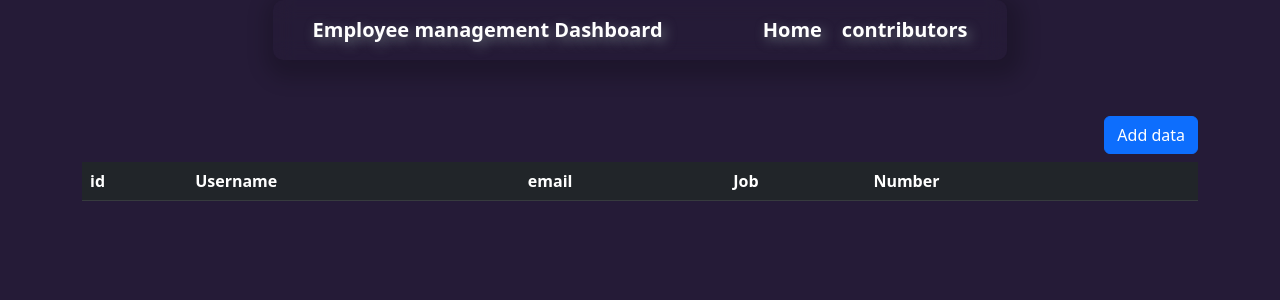
Repository: iamevs/Employee-Management-System
Page: /home (app in client/)
The author's editor kept a copy of each file at every save. The page is drawn from the files as they stood at one save, then again after the next save.
The browser window is 1280 px wide. The pictures show the whole page.
The page's requests for data from a server got no answer. The project was rebuilt for these pictures with package versions that can differ from the ones it lists, and the page was loaded fresh each time. No one was signed in, and anything a server would have sent is missing. Also part of the build but not shown: client/vite.config.js, client/src/components/Register.jsx, client/src/components/Edit.jsx, client/src/components/Hero.jsx. Imported but missing from the stored project, and not drawn on this page: client/src/components/Details.

Above is the page before, as saved 2022-11-28 23:35:10.

### client/index.html
<html lang="en">
  <head>
    <meta charset="UTF-8" />
    <link rel="icon" type="image/svg+xml" href="/vite.svg" />
    <meta name="viewport" content="width=device-width, initial-scale=1.0" />
    <title>employee-management</title>
  </head>
  <body>
    <div id="root"></div>
    <script type="module" src="/src/main.jsx"></script>
  </body>
</html>

### client/src/main.jsx
import React, { StrictMode } from 'react';
import ReactDOM from 'react-dom';
import { createRoot } from "react-dom/client";
import './index.css';
import App from './App';
import { BrowserRouter } from "react-router-dom"
import ContextProvider from "./components/context/ContextProvider";
// root.render(
//   <StrictMode>
//   <ContextProvider>
//     <BrowserRouter>
//       <App />
//     </BrowserRouter>
//   </ContextProvider>
//   </StrictMode>
//   ,
//   document.getElementById('root')
// );


createRoot(document.getElementById('root')).render(
  <ContextProvider>
    <BrowserRouter>
      <App />
    </BrowserRouter>
  </ContextProvider>
)

### client/src/index.css
body {
  margin: 0;
  font-family: -apple-system, BlinkMacSystemFont, 'Segoe UI', 'Roboto', 'Oxygen',
    'Ubuntu', 'Cantarell', 'Fira Sans', 'Droid Sans', 'Helvetica Neue',
    sans-serif;
  -webkit-font-smoothing: antialiased;
  -moz-osx-font-smoothing: grayscale;
  background-color: #251B37 !important;
  color: #fff !important;
}

code {
  font-family: source-code-pro, Menlo, Monaco, Consolas, 'Courier New',
    monospace;
}

.btns{
  display: flex;
  justify-content: space-between;
}

### client/src/App.jsx
import './App.css';
import "../node_modules/bootstrap/dist/css/bootstrap.min.css"
import "../node_modules/bootstrap/dist/js/bootstrap.bundle.min.js"
import Navbar from './components/Navbar';
import Home from './components/Home';
import Register from './components/Register';
import Edit from './components/Edit';
import Details from './components/Details';
import Hero from "./components/Hero.jsx";
import {Routes,Route} from "react-router-dom"




function App() {
  return (
   <>
    <Navbar />
    <Routes>
      <Route path="/" element={<Hero/>} />
      <Route  path="/home" element={<Home/>} />
      <Route exact path="/register" element={<Register/>} />
      <Route exact path="/edit/:id" element={<Edit/>} />
      <Route exact path="/view/:id" element={<Details/>} />
    </Routes>

   </>
  );
}

export default App;

### client/src/components/context/ContextProvider.jsx
import React, { createContext, useState } from 'react'


export const adddata = createContext("");
export const updatedata = createContext("");
export const deldata = createContext("");

const ContextProvider = ({ children }) => {

    const [udata, setUdata] = useState("");
    const [updata, setUPdata] = useState("");
    const [dltdata, setDLTdata] = useState("");


    return (
        <adddata.Provider value={{ udata, setUdata }}>
            <updatedata.Provider value={{ updata, setUPdata }}>
                <deldata.Provider value={{dltdata, setDLTdata}}>
                    {children}
                </deldata.Provider>

            </updatedata.Provider>

        </adddata.Provider>
    )
}

export default ContextProvider;

### client/src/App.css
.add_btn{
  text-align: right;
}

.container{
  overflow: auto;
}

.left_view h3{
  font-size: 21px;
}

.left_view p{
  font-weight: 600;
}

.left_view span{
  font-weight: 400;
}

.right_view p{
  font-weight: 600;
}


.right_view span{
  font-weight: 400;
}

### client/src/components/Navbar.jsx
import React from 'react'
import { NavLink } from 'react-router-dom'
import { Box, Stack } from "@mui/material";


const Navbar = () => {
    return (
        <Stack justifyContent={"center"} direction={"row"}>
            <Box justifyContent={"space-between"} className="navbar navbar-expand-lg text-white" sx={{
                backgroundColor: "transparent",
                backdropFilter: "blur(10px) !important",
                position: "relative",
                color: "white",
                boxShadow: "4px 7px 20px 11px rgb(0 0 0 / 20%)",
                height: "60px",
                padding: "0 40px 0 40px",
                width: "auto",
                borderRadius: "10px"
            }}>
                <Box sx={{
                    fontSize: "20px",
                    textShadow: "3px 4px 12px #6c757d",
                    fontWeight: "bold",
                    marginRight: "100px"
                }}>Employee management Dashboard</Box>
                <Box direction={"row"}>
                    <a href="/home" style={{
                        color: "white",
                        fontSize: "20px",
                        textShadow: "3px 4px 12px #6c757d",
                        fontWeight: "bold",
                        textDecoration: "none",
                    }}>Home</a>
                    <a href="/" style={{
                        color: "white",
                        fontSize: "20px",
                        textShadow: "3px 4px 12px #6c757d",
                        fontWeight: "bold",
                        textDecoration: "none",
                        marginLeft: "20px"
                    }}>contributors</a>

                </Box>
            </Box>
        </Stack>
    )
}

export default Navbar

### client/src/components/Home.jsx
import React, { useState, useEffect, useContext } from 'react'
import RemoveRedEyeIcon from '@mui/icons-material/RemoveRedEye';
import CreateIcon from '@mui/icons-material/Create';
import DeleteOutlineIcon from '@mui/icons-material/DeleteOutline';
import { NavLink } from 'react-router-dom';
import { adddata, deldata } from './context/ContextProvider';
import { updatedata } from './context/ContextProvider'

var getuserlink = "http://localhost:8001/getusers";


const Home = () => {

    const [getuserdata, setUserdata] = useState([]);

    console.log(getuserdata);

    const { udata, setUdata } = useContext(adddata);

    const {updata, setUPdata} = useContext(updatedata);

    const {dltdata, setDLTdata} = useContext(deldata);

    const getdata = async () => {

        const res = await fetch(getuserlink, {
            method: "GET",
            headers: {
                "Content-Type": "application/json"
            }
        });

        const data = await res.json();
        console.log(data);

        if (res.status === 422 || !data) {
            console.log("error ");

        } else {
            setUserdata(data)
            console.log("get data");

        }
    }

    useEffect(() => {
        getdata();
    }, [])

    const deleteuser = async (id) => {

        const res2 = await fetch(`/deleteuser/${id}`, {
            method: "DELETE",
            headers: {
                "Content-Type": "application/json"
            }
        });

        const deletedata = await res2.json();
        console.log(deletedata);

        if (res2.status === 422 || !deletedata) {
            console.log("error");
        } else {
            console.log("user deleted");
            setDLTdata(deletedata)
            getdata();
        }

    }


    return (

        <>
            {
                udata ?
                    <>
                        <div className="alert alert-success alert-dismissible fade show" role="alert">
                            <strong>{udata.name}</strong>  added succesfully!
                            <button type="button" className="btn-close" data-bs-dismiss="alert" aria-label="Close"></button>
                        </div>
                    </> : ""
            }
            {
                updata ?
                    <>
                        <div className="alert alert-success alert-dismissible fade show" role="alert">
                            <strong>{updata.name}</strong>  updated succesfully!
                            <button type="button" className="btn-close" data-bs-dismiss="alert" aria-label="Close"></button>
                        </div>
                    </> : ""
            }

            {
                dltdata ?
                    <>
                        <div className="alert alert-danger alert-dismissible fade show" role="alert">
                            <strong>{dltdata.name}</strong>  deleted succesfully!
                            <button type="button" className="btn-close" data-bs-dismiss="alert" aria-label="Close"></button>
                        </div>
                    </> : ""
            }


            <div className="mt-5">
                <div className="container">
                    <div className="add_btn mt-2 mb-2">
                        <NavLink to="/register" className="btn btn-primary">Add data</NavLink>
                    </div>

                    <table class="table">
                        <thead>
                            <tr className="table-dark">
                                <th scope="col">id</th>
                                <th scope="col">Username</th>
                                <th scope="col">email</th>
                                <th scope="col">Job</th>
                                <th scope="col">Number</th>
                                <th scope="col"></th>
                            </tr>
                        </thead>
                        <tbody>

                            {
                                getuserdata.map((val, ind) => {
                                    return (
                                        <tr>
                                            <th scope="row">{ind + 1}</th>
                                            <td>{val.name}</td>
                                            <td>{val.email}</td>
                                            <td>{val.work}</td>
                                            <td>{val.mobile}</td>
                                            <td className='btns'>
                                                <NavLink to={`/view/${val._id}`} className="btn btn-primary"><RemoveRedEyeIcon /></NavLink>
                                                <NavLink to={`/update/${val._id}`} className="btn btn-success"><CreateIcon /></NavLink>
                                                <button onClick={() => deleteuser(val._id)} className="btn btn-danger"><DeleteOutlineIcon /></button>
                                            </td>
                                        </tr>
                                    )
                                })
                            }
                        </tbody>
                    </table>


                </div>
            </div>
        </>
    )
}

export default Home

After the next save:
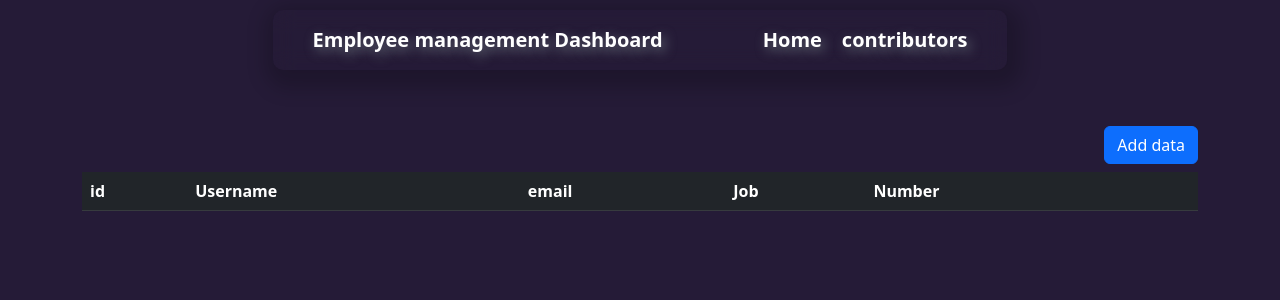
Saved 39 s later.
--- a/client/src/components/Navbar.jsx
+++ b/client/src/components/Navbar.jsx
@@ -5,7 +5,7 @@ import { Box, Stack } from "@mui/material";
 
 const Navbar = () => {
     return (
-        <Stack justifyContent={"center"} direction={"row"}>
+        <Stack justifyContent={"center"} direction={"row"} marginTop={"10px"}>
             <Box justifyContent={"space-between"} className="navbar navbar-expand-lg text-white" sx={{
                 backgroundColor: "transparent",
                 backdropFilter: "blur(10px) !important",
